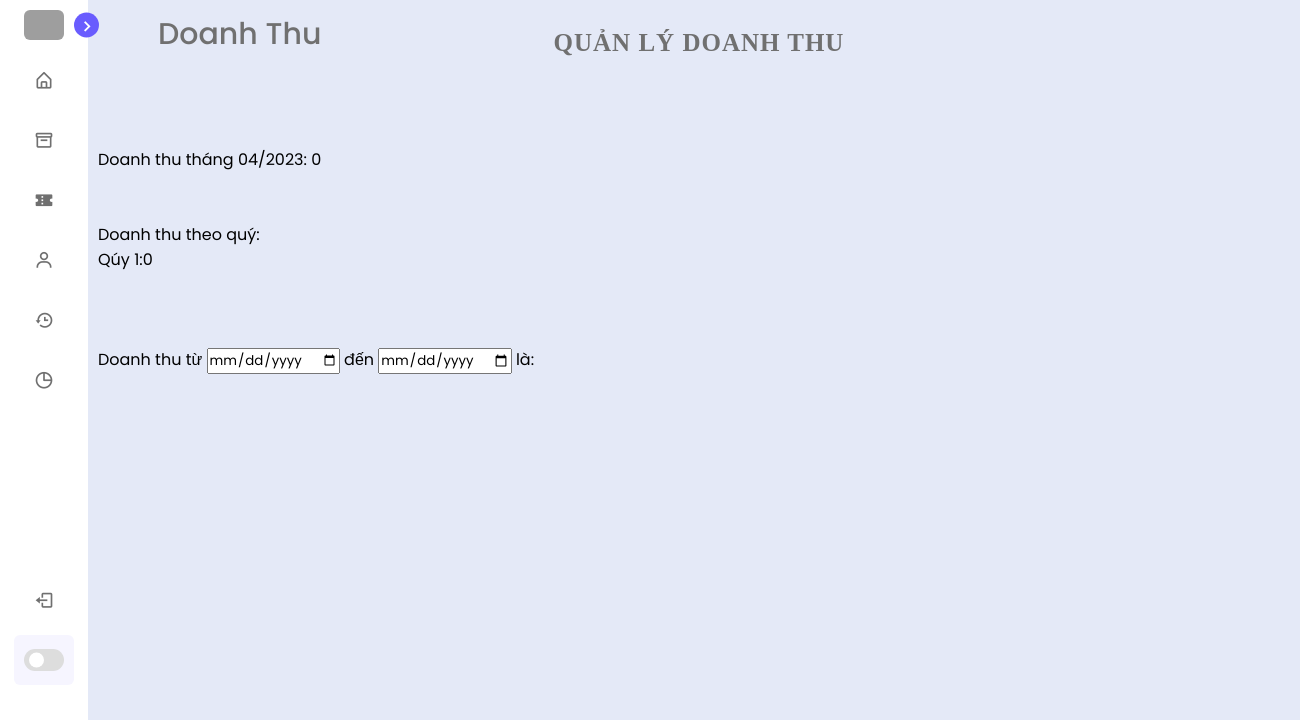
Repository: JeffDaveHudson/CapstoneProject
Page: http://localhost/CapstoneProject/revenue
An editor plug-in stored every save of this project. The page is shown before and after the next save, followed by the edit.
The browser window is 1280 px wide. The page is 1300 px wide, so the pictures cover 1300 px, including what lies to the right of the window. The pictures show the whole page.
Pictures or frames that could not be fetched are drawn as grey boxes. The page is served by Tomcat 9. Queries for data that is not in the repository find no rows.

Above is the page before, as saved 2023-06-12 15:49:25.

After the next save:
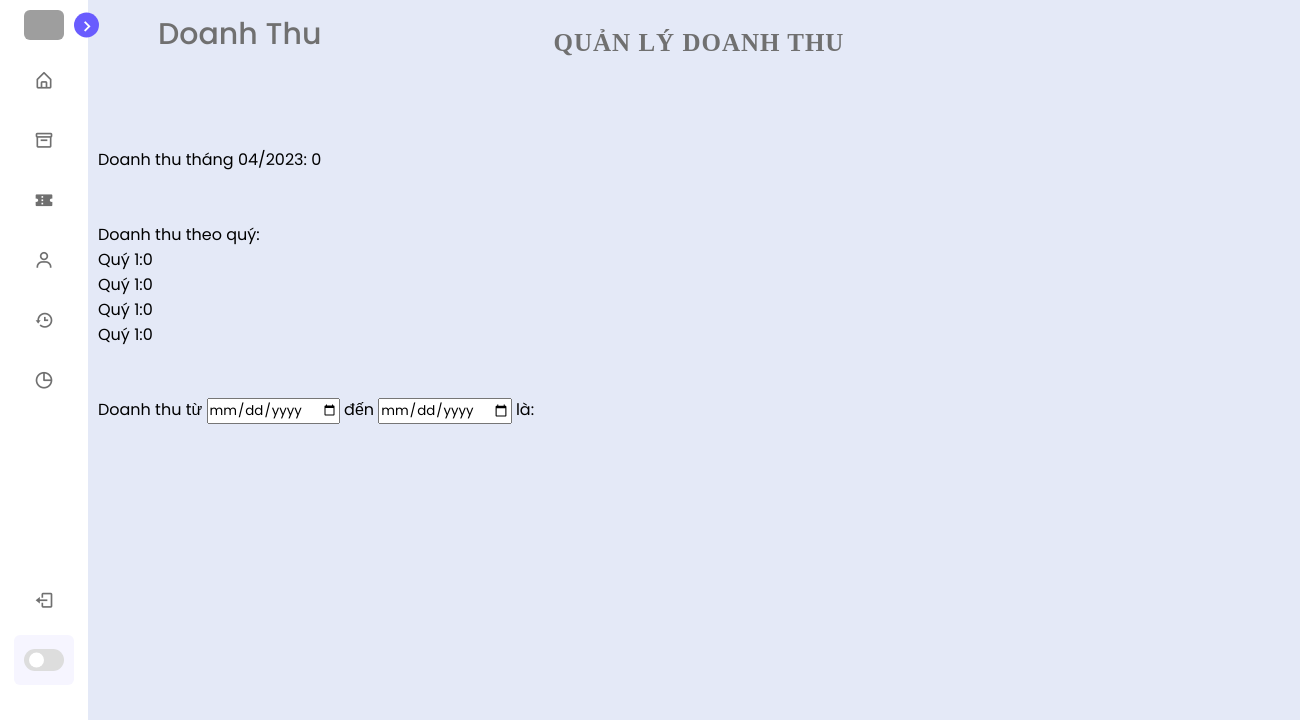
Saved 15 s later.
--- a/CapstoneProject/src/main/webapp/admin/Revenue.jsp
+++ b/CapstoneProject/src/main/webapp/admin/Revenue.jsp
@@ -40,7 +40,10 @@
         <br> <br> <br>
 
         Doanh thu theo quý: <br>
-        Qúy 1:${quarter1 } <br>
+        Quý 1:${quarter1 } <br>
+        Quý 1:${quarter1 } <br>
+        Quý 1:${quarter1 } <br>
+        Quý 1:${quarter1 }
 
         <br> <br> <br>
         <form action="revenuebetween2times">
